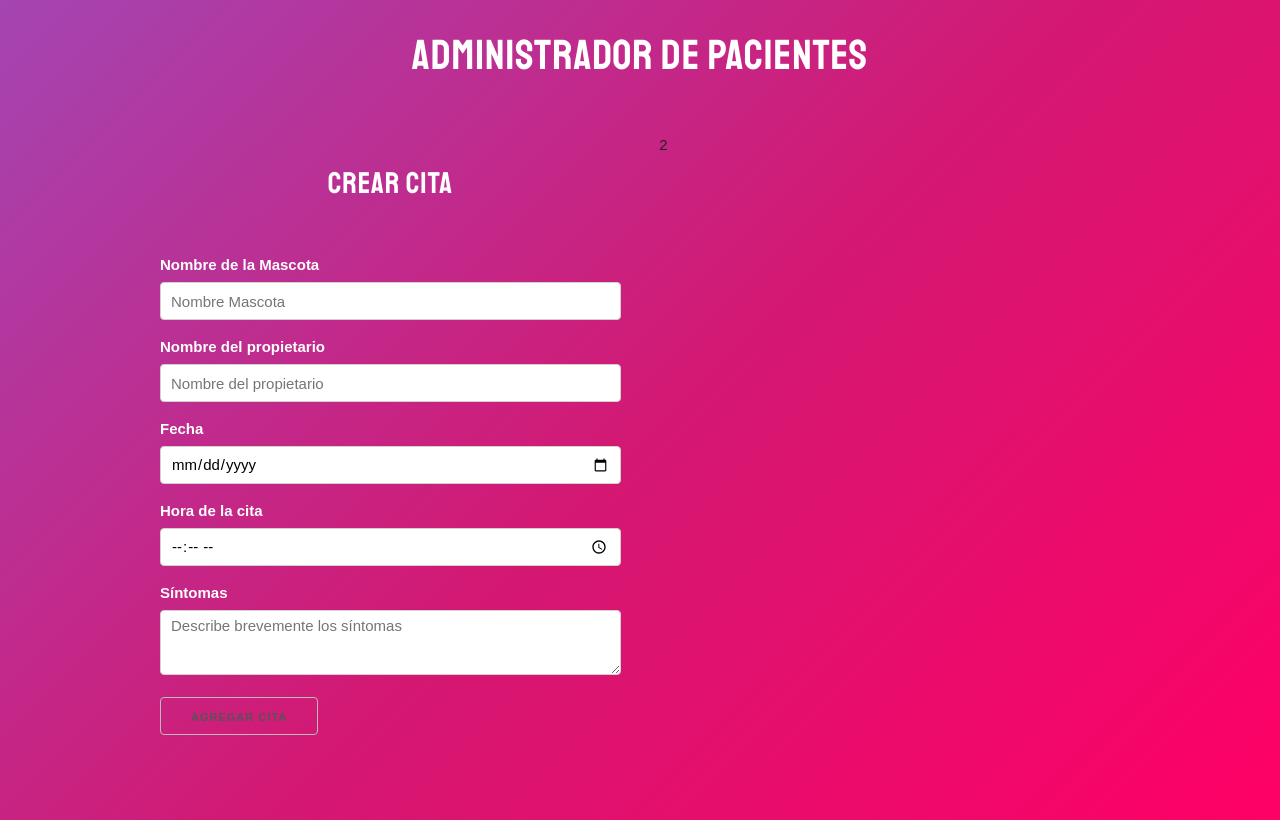
Repository: lmencos/pacientes
Page: /
These files come from the project's save history. The page is drawn as it stood at one moment and after the next save; the edit follows.
The browser window is 1280 px wide. The pictures show the whole page.
The project was rebuilt for these pictures with package versions that can differ from the ones it lists, and the page was loaded fresh each time.

Above is the page before, as saved 2020-08-10 17:56:03.

After the next save:
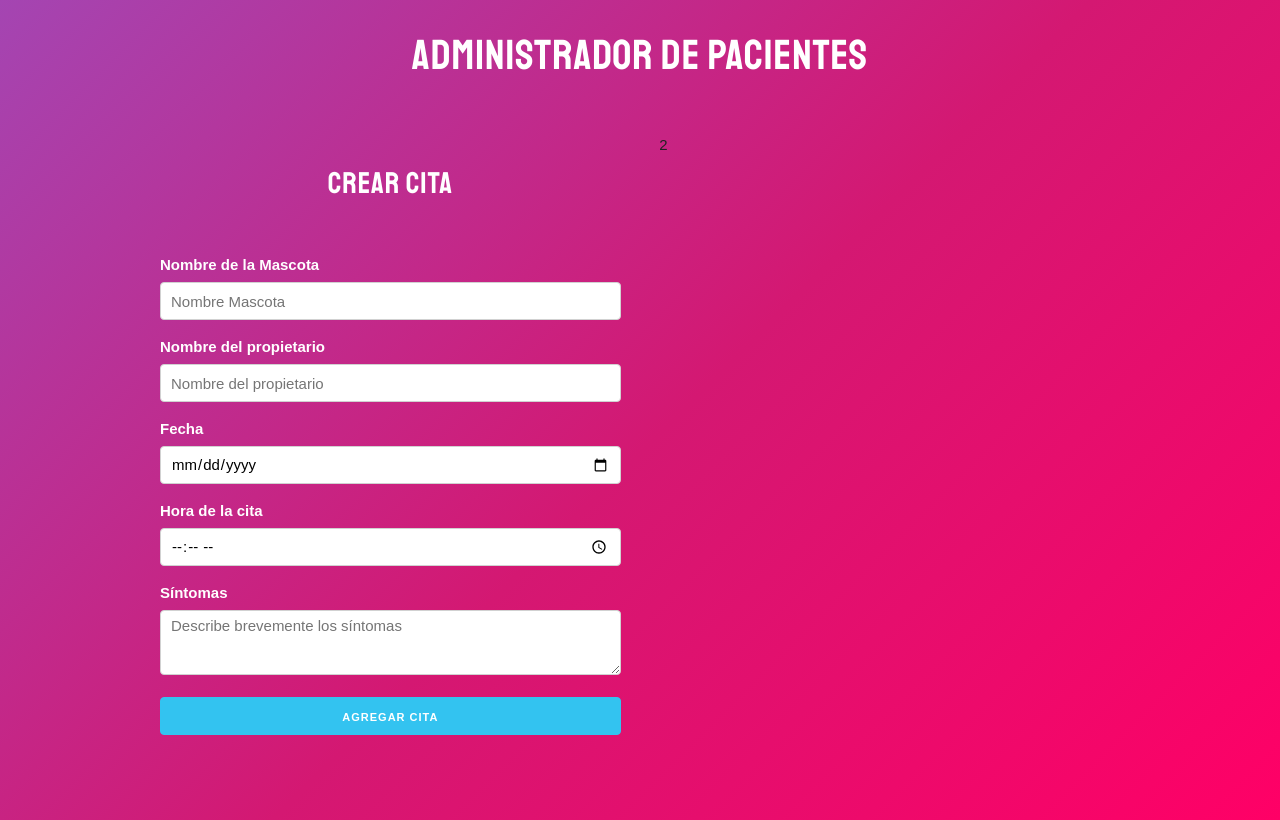
Saved 2 min 40 s later.
--- a/src/components/Formulario.js
+++ b/src/components/Formulario.js
@@ -38,7 +38,8 @@ const Formulario = () => {
           placeholder="Describe brevemente los síntomas"
         ></textarea>
         <button
-
+          type="submit"
+          className="u-full-width button-primary"
         >Agregar cita</button>
       </form>
     </Fragment>
